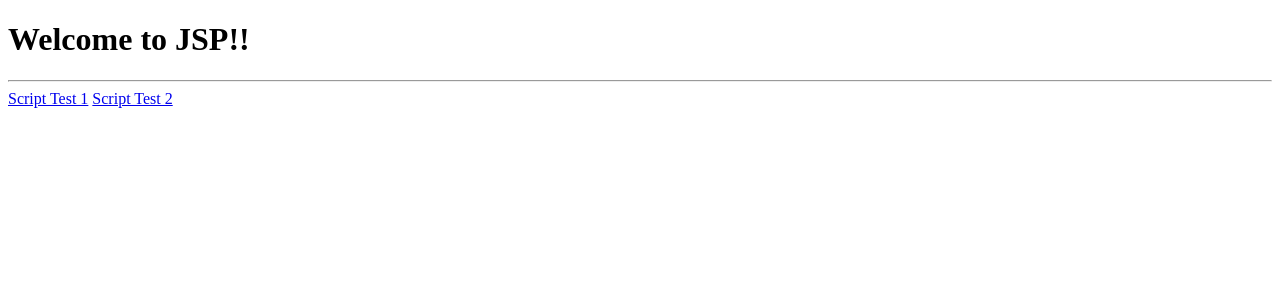
Repository: minjuleee/Server_study
Page: http://localhost/web/index.jsp
These files come from the project's save history. The page is drawn as it stood at one moment and after the next save; the edit follows.
The browser window is 1280 px wide. The pictures show the whole page.
The page is served by Tomcat 10. Other server files are loaded and not shown.

Above is the page before, as saved 2025-11-18 12:12:20.

### dev/web/src/main/webapp/index.jsp
<%@ page language="java" contentType="text/html; charset=UTF-8"
    pageEncoding="UTF-8"%>
<!DOCTYPE html>
<html>
<head>
<meta charset="UTF-8">
<title>Insert title here</title>
</head>
<body>
	<% String title = "Welcome to JSP!!"; %>
	<h1><%=title %></h1>
	<hr>
	<a href="01_script_test.jsp">Script Test 1</a>
	<a href="02_script_test.jsp">Script Test 2</a>

</body>
</html>

After the next save:
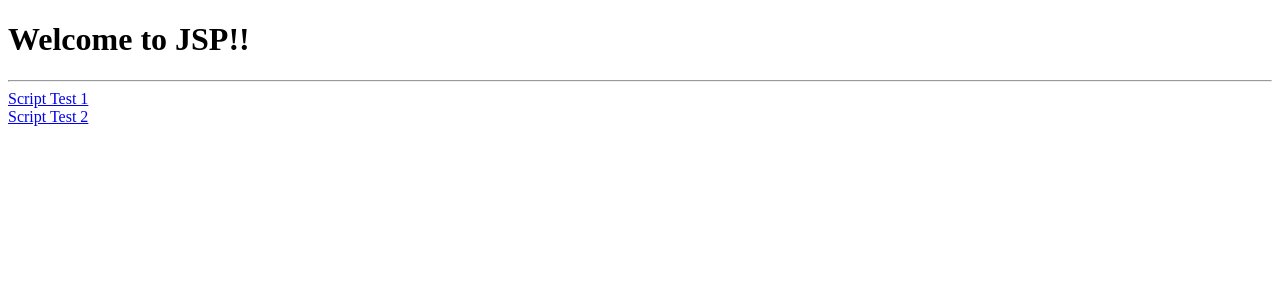
Saved 46 s later.
--- a/dev/web/src/main/webapp/index.jsp
+++ b/dev/web/src/main/webapp/index.jsp
@@ -10,7 +10,7 @@
 	<% String title = "Welcome to JSP!!"; %>
 	<h1><%=title %></h1>
 	<hr>
-	<a href="01_script_test.jsp">Script Test 1</a>
+	<a href="01_script_test.jsp">Script Test 1</a><br/>
 	<a href="02_script_test.jsp">Script Test 2</a>
 
 </body>
